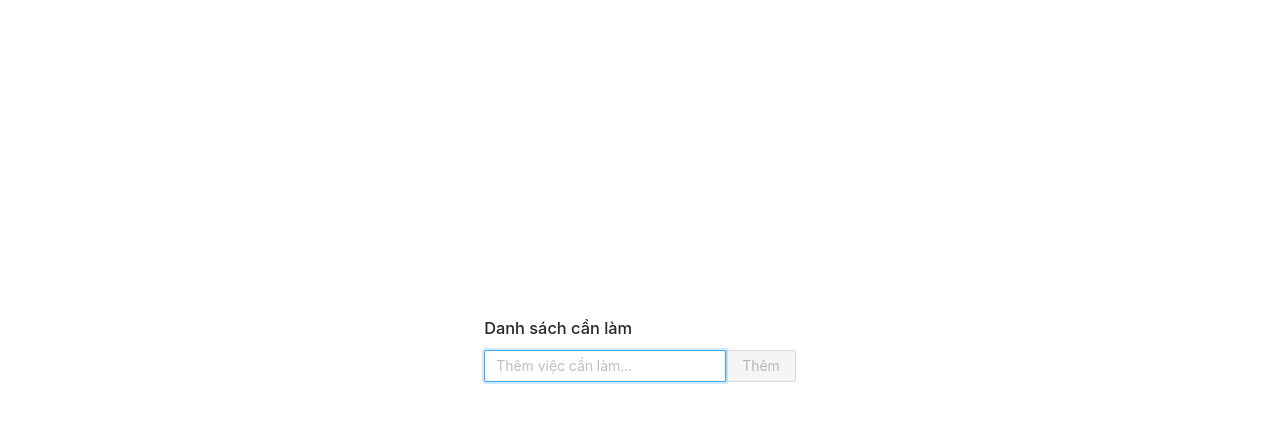
Repository: tiendungjr123/Todo-App
Page: /
The author's editor kept a copy of each file at every save. The page is drawn from the files as they stood at one save, then again after the next save.
The browser window is 1280 px wide. The pictures show the whole page.
The project was rebuilt for these pictures with package versions that can differ from the ones it lists, and the page was loaded fresh each time. Also part of the build but not shown: src/component/Todo.jsx.

Above is the page before, as saved 2022-09-22 15:36:02.

After the next save:
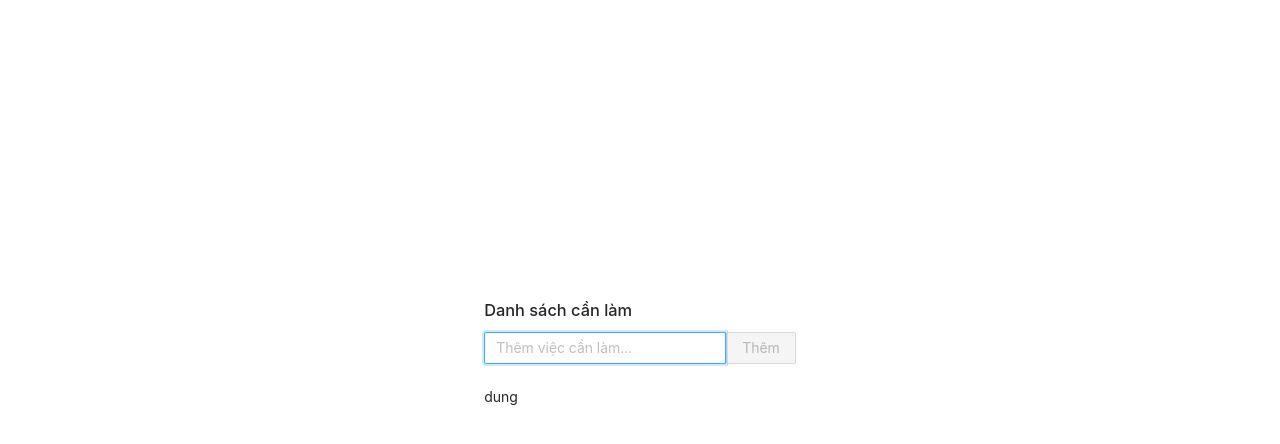
Saved 8 min 55 s later.
--- a/src/App.js
+++ b/src/App.js
@@ -64,6 +64,7 @@
       </Input.Group>
       <br />
       <TodoList todoList={todoList} onCheckBtnClick = {onCheckBtnClick} />
+      <p>dung</p>
     </>
   );
 }

After the save that followed:
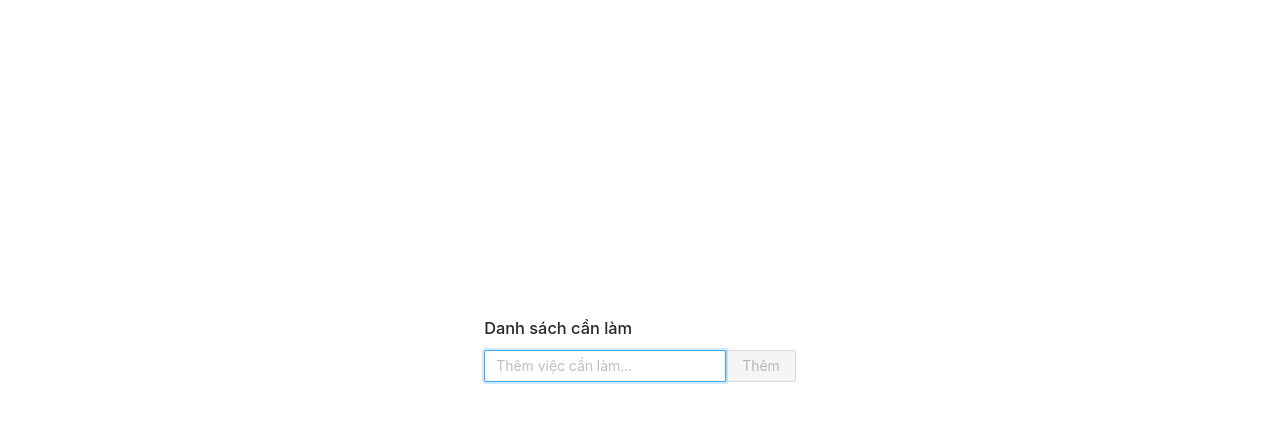
Saved 46 s later.
--- a/src/App.js
+++ b/src/App.js
@@ -64,7 +64,6 @@
       </Input.Group>
       <br />
       <TodoList todoList={todoList} onCheckBtnClick = {onCheckBtnClick} />
-      <p>dung</p>
     </>
   );
 }
